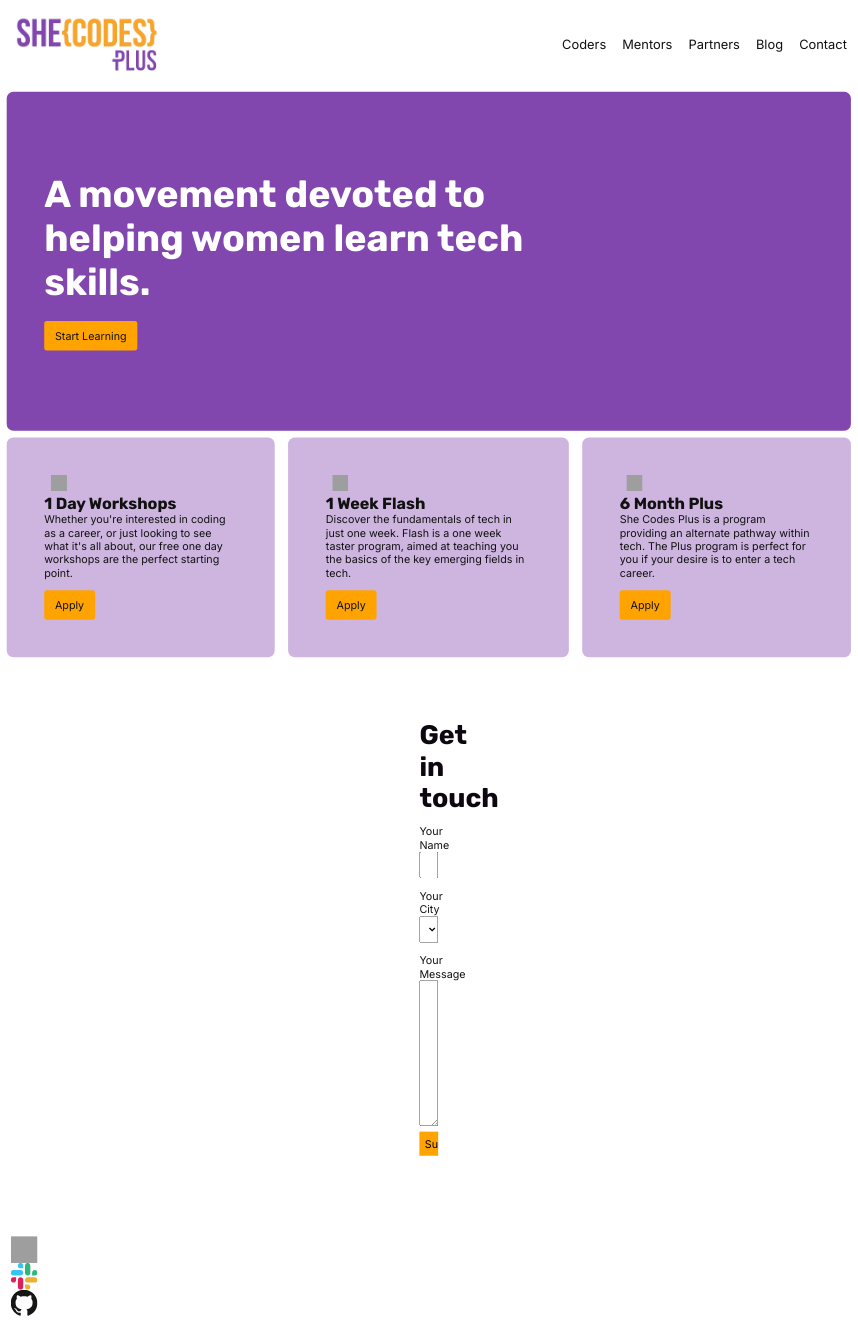
Repository: devashrisamani/website_shecodes_week1
Page: index.html
The author's editor kept a copy of each file at every save. The page is drawn from the files as they stood at one save, then again after the next save.
The browser window is 1280 px wide. The pictures show the whole page, at 67% of full size.
Pictures or frames that could not be fetched are drawn as grey boxes.

Above is the page before, as saved 2025-09-20 12:07:57.

After the next save:
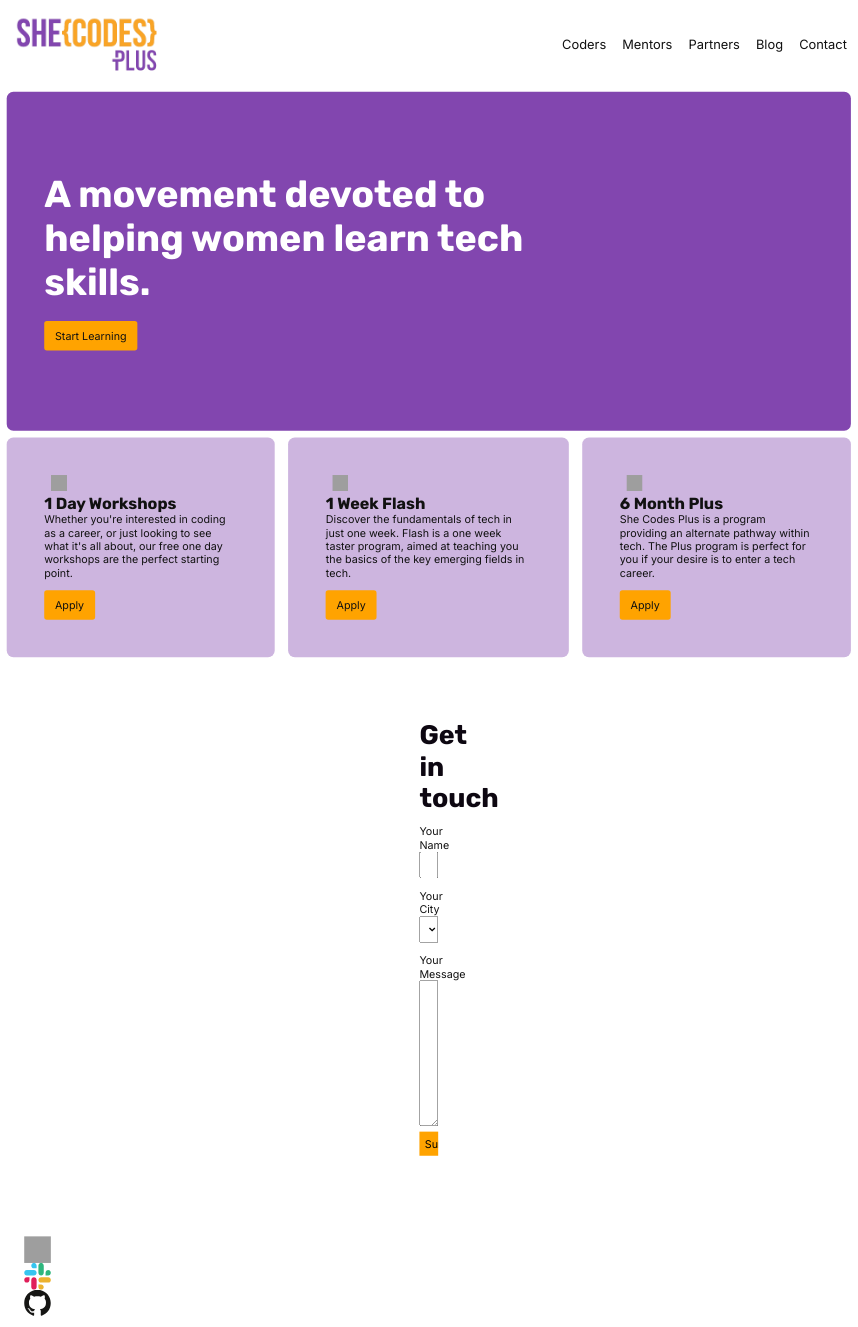
Saved 17 s later.
--- a/style.css
+++ b/style.css
@@ -306,3 +306,14 @@
   display: flex;
   justify-content: space-around;
 }
+
+@media (min-width: 768px) {
+  footer {
+    justify-content: center;
+  }
+
+  footer .socials-icon {
+    margin-left: 20px;
+    margin-right: 20px;
+  }
+}
